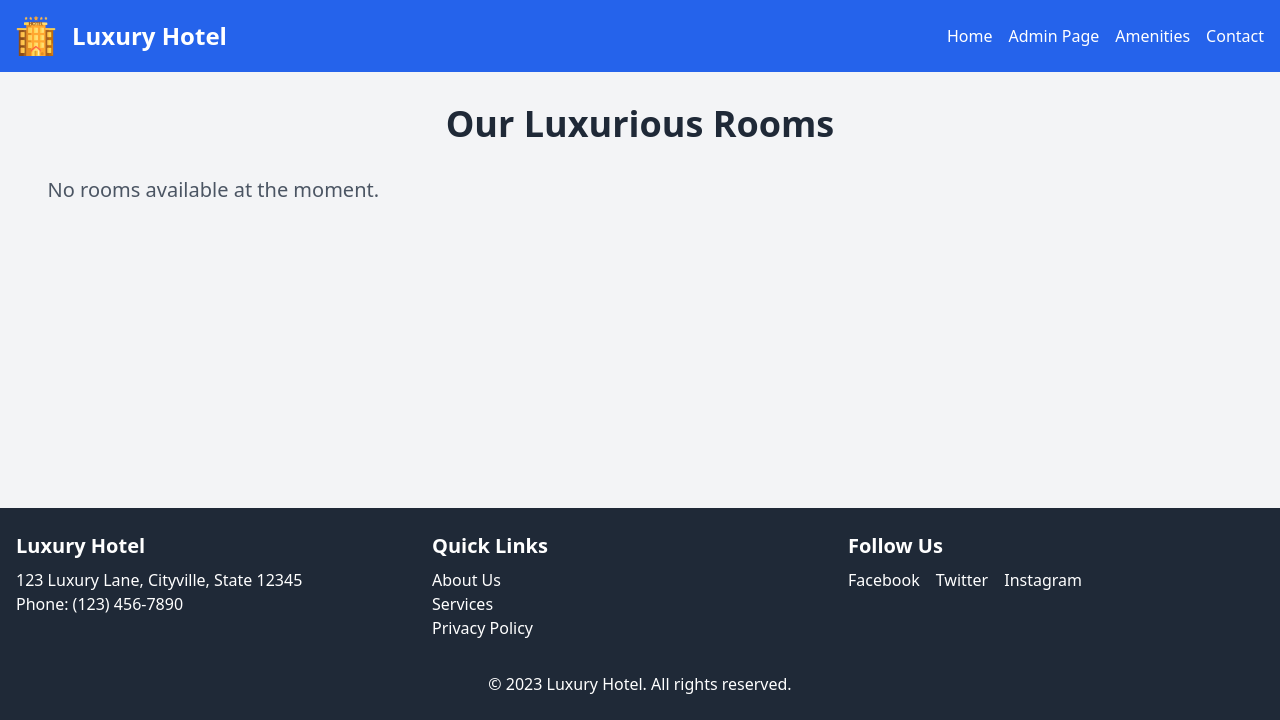
Repository: LeTiepTuyen/hw4_hotel_admin_letieptuyen
Page: index.html
These files come from the project's save history. The page is drawn as it stood at one moment and after the next save; the edit follows.
The browser window is 1280 px wide. The pictures show the whole page.
Some web libraries are served in a nearby version.

Above is the page before, as saved 2024-10-08 17:05:12.

After the next save:
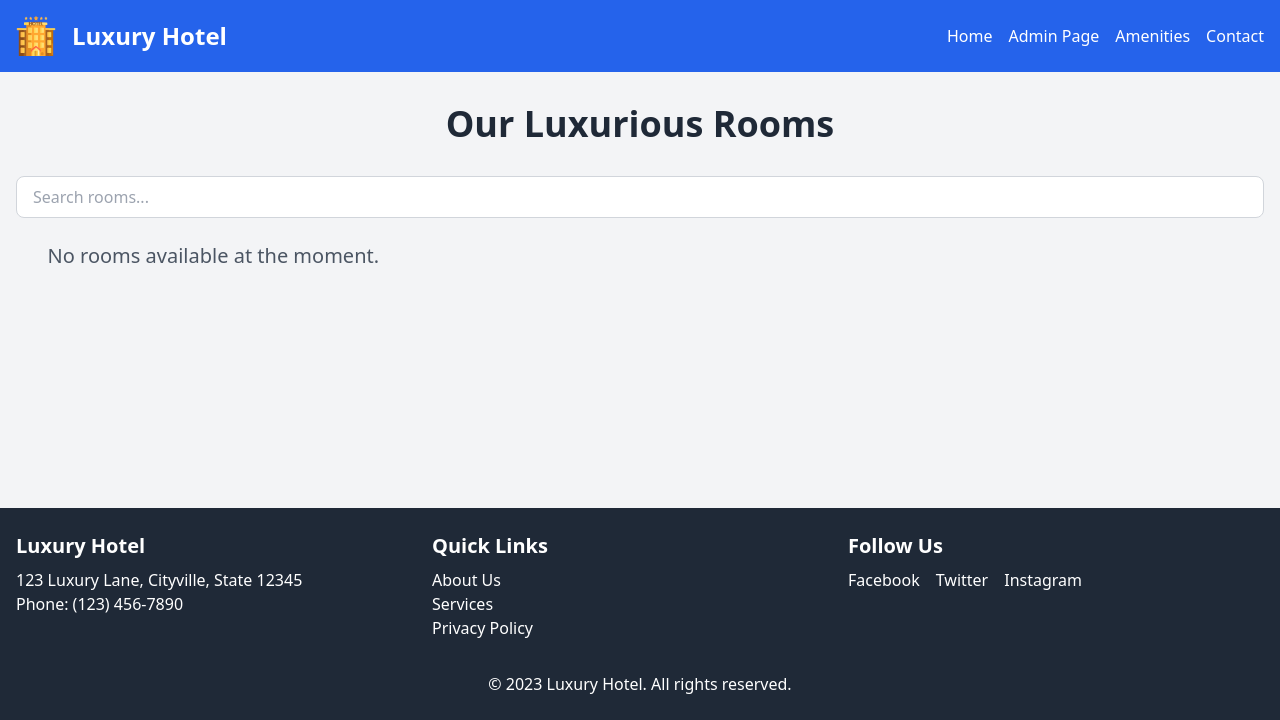
Saved 15 min 34 s later.
--- a/index.html
+++ b/index.html
@@ -27,6 +27,14 @@
     <main class="flex-grow">
       <div class="container mx-auto px-4 py-8">
         <h2 class="text-4xl font-bold text-center mb-8 text-gray-800">Our Luxurious Rooms</h2>
+        <div class="mb-6">
+          <input
+            type="text"
+            id="room-search"
+            placeholder="Search rooms..."
+            class="w-full px-4 py-2 rounded-lg border border-gray-300 focus:outline-none focus:ring-2 focus:ring-blue-500"
+          />
+        </div>
         <div id="roomList" class="grid grid-cols-1 md:grid-cols-2 lg:grid-cols-3 gap-8">
           <!-- Room cards will be dynamically inserted here -->
         </div>
